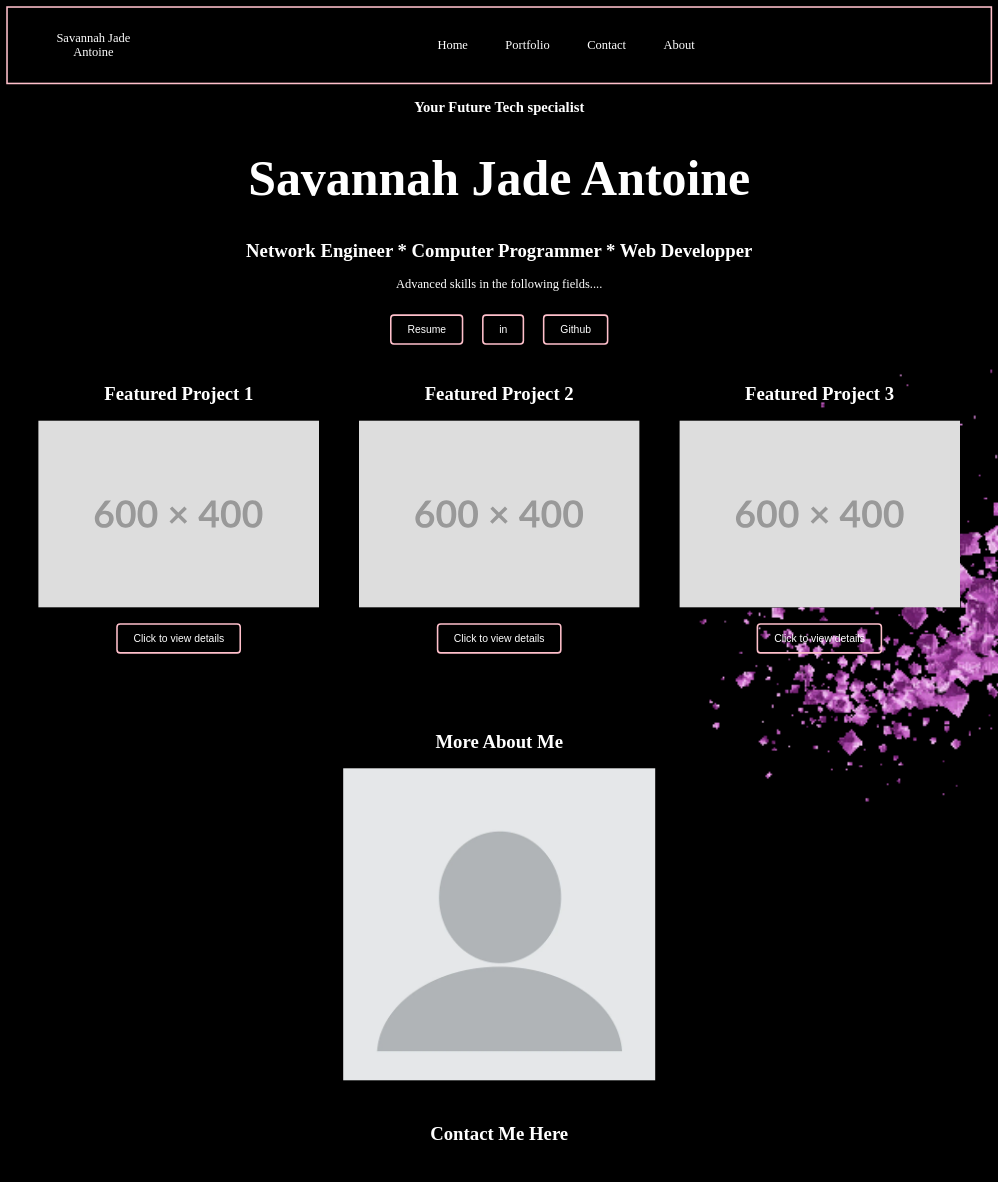
Repository: Savannah-Antoine/Savannah-Antoine
Page: index.html
These files come from the project's save history. The page is drawn as it stood at one moment and after the next save; the edit follows.
The browser window is 1280 px wide. The pictures show the whole page, at 78% of full size.

Above is the page before, as saved 2026-05-15 13:02:51.

### index.html
<!DOCTYPE html>
<html lang="en">
<head>
    <meta charset="UTF-8">
    <meta name="viewport" content="width=device-width, initial-scale=1.0">
    <link rel = "stylesheet" href = "./styles/index.css" />
    <link rel = "stylesheet" href = "./styles/globals.css" />
    <title>Document</title>
</head>
<body>
<header>
    <nav>
        <ul class = "homeButton">
           <li><a href = "index.html">Savannah Jade Antoine</a></li>
        </ul>
        <ul class = "navigation">
  <li><a href="index.html">Home</a></li>
  <li><a href="#PortfolioSection">Portfolio</a></li>
  <li><a href="#ContactMe">Contact</a></li>
  <li><a href="#AboutMe">About</a></li>
</ul>

</nav>
<h3>Your Future Tech specialist</h3>
<h1> Savannah Jade Antoine</h1>
<h2>Network Engineer * Computer Programmer * Web Developper</h2>
<p> Advanced skills in the following fields....</p>
<div class = "infoButtons">
<a href = "Savannah Jade Resume (1).pdf"><button>Resume</button></a>
<a href = "www.linkedin.com/in/savannah-antoine-ab0756390"><button>in</button></a>
<button>Github</button>
</div>

</header>
<main class = "container">
<section id = "PortfolioSection" class = "project-card">

<h2>Featured Project 1</h2>
<img src = "./assets/images/placeholder1.svg" alt = "First Portfolio placeholder image" />
<p><a href = "./pages/project-name-1.html"><button>Click to view details</button></a>
</section>


<section class = "project-card">
<h2>Featured Project 2</h2>
<img src = "./assets/images/placeholder1.svg" alt = "Second Portfolio placeholder image" />
<p><a href = "./pages/project-name-2.html"><button>Click to view details</button></a>
</section>
<section class = "project-card">
<h2>Featured Project 3</h2>
<img src = "./assets/images/placeholder1.svg" alt = "Third Portfolio placeholder image" />
<p><a href = "./pages/project-name-3.html"><button>Click to view details</button></a>
</section>

<section id = "AboutMe" class = "aboutMe">
<h2>More About Me</h2>
<img src = "./assets/images/profilepic.png" alt = "profile picture" />
</section>

<section id = "ContactMe">
<h2>Contact Me Here</h2>

</section>



</main>

</body>
</html>

### styles/index.css
.container{
  display: flex;
    flex-direction: column;
    align-items: center;
    gap: 2rem;
    padding: 20px;

}

  nav {
    display: flex;
    flex-direction: column; /* Stacks name and list */
    align-items: center;    /* Centers everything */
    text-align: center;
    padding: 1.5rem 1rem;
    gap: 1rem;
}

.navigation {
    display: flex;
    flex-wrap: wrap;       /* Allows them to be 2x2 if the screen is tiny */
    justify-content: center;
    gap: 1rem;
    width: 100%;
}


body h1{
    font-size: 2.5rem;

}

img{
   width: 100%;
    max-width: 400px;
    height: auto;
}

@media screen and (min-width: 768px)
{

   body h1 {
        font-size: 4rem;
    }
    .container {
        flex-direction: row;
        flex-wrap: wrap;
        justify-content: space-around;
        align-items: flex-start;
    }
    .project-card {
        width: 30%;
        min-width: 250px;
        text-align: center;
    }

    .aboutMe{
        width: 100%;
        text-align: center;
        margin-top: 2rem;

    }
    nav {
        flex-direction: row;
        justify-content: space-between;
    }
}




@media screen and (min-width: 1000px)
{
    .container {
        max-width: 1200px;
        margin: 0 auto;
    }
}

### styles/globals.css
body {
    background-color: black;
  background-image: url(/assets/images/background-pic.gif);
  background-repeat: no-repeat;
  background-size: cover;
  color: white;
  font-size: 16px;
  text-align: center;
}



.homeButton{
  order: -1;
  list-style-type: none;
  margin: 0;
  padding: 0;
  display: flex;
  justify-content: left;

}


nav {
    display: flex;
    justify-content: space-between;
    align-items: center;
    padding: 1rem 2rem;

    border: 2px solid pink;
    cursor: pointer;


}



nav ul {
    display: flex;
    list-style: none;
    gap: 1rem;
    margin: 0;
    padding: 0;
}
button {
    padding: 10px 20px;
    background-color: transparent;
    color: white;
    border: 2px solid pink;
    cursor: pointer;
    transition: all 0.3s ease; /* This makes the transition smooth */
    border-radius: 5px;
    gap: 1rem;
}
button:hover {
    background-color: pink;
    color: rgb(31, 1, 31);
    transform: translateY(-3px);
    box-shadow: 0 5px 15px rgba(255, 255, 255, 0.3);
}

.infoButtons {
    display: flex;
    justify-content: center;
    gap: 1.5rem;
    margin-top: 20px;
    min-width: 100px;
    padding: 10px 15px;
}

li a {
  display: block;
  color: white;
  padding: 14px 16px;
  text-decoration: none;
}

ul li a:hover {
 background-color: pink;
  color: rgb(31, 1, 31);
  box-shadow: 0 5px 15px rgba(255, 255, 255, 0.3)
}

h1{

  font-size: 4rem;
}

After the next save:
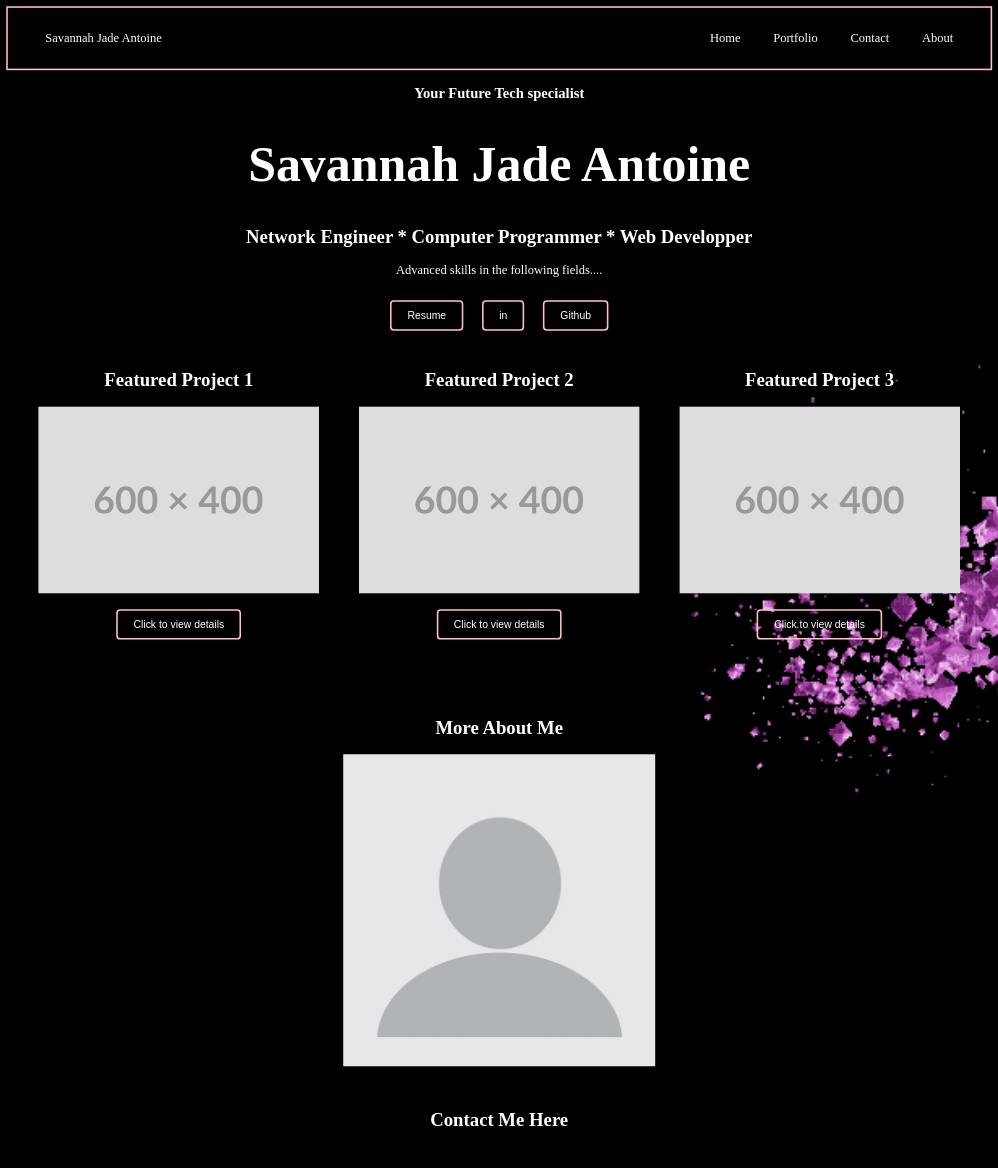
Saved 4 min 2 s later.
--- a/styles/index.css
+++ b/styles/index.css
@@ -7,21 +7,13 @@
 
 }
 
-  nav {
-    display: flex;
-    flex-direction: column; /* Stacks name and list */
-    align-items: center;    /* Centers everything */
-    text-align: center;
-    padding: 1.5rem 1rem;
-    gap: 1rem;
-}
+
 
 .navigation {
-    display: flex;
-    flex-wrap: wrap;       /* Allows them to be 2x2 if the screen is tiny */
-    justify-content: center;
-    gap: 1rem;
-    width: 100%;
+    display: grid;
+    grid-template-columns: repeat(2, 1fr); /* Creates a perfect 2x2 grid */
+    gap: 10px;
+    text-align: right;
 }
 
 
@@ -60,10 +52,10 @@ img{
         margin-top: 2rem;
 
     }
-    nav {
-        flex-direction: row;
-        justify-content: space-between;
+    .navigation{
+        display:flex;
     }
+
 }
 
 
